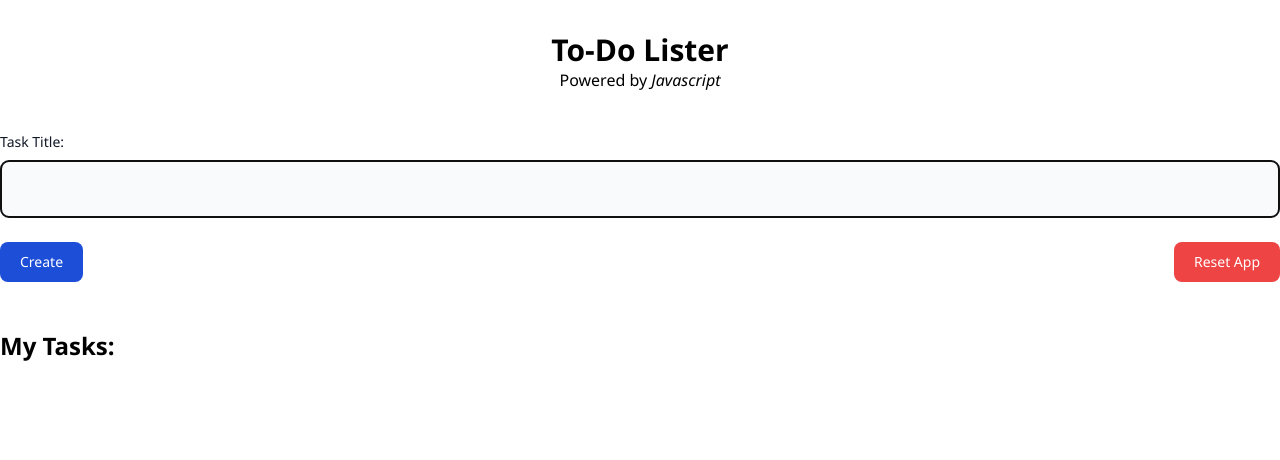
Repository: vxyux/to-do-lister
Page: index.html
The author's editor kept a copy of each file at every save. The page is drawn from the files as they stood at one save, then again after the next save.
The browser window is 1280 px wide. The pictures show the whole page.
Some web libraries are served in a nearby version.

Above is the page before, as saved 2023-09-05 15:59:42.
Console error: TypeError: Cannot read properties of null (reading 'getElementsByTagName')

### index.html
<!DOCTYPE html>
<html lang="en">
<head>
  <meta charset="UTF-8">
  <meta name="viewport" content="width=device-width, initial-scale=1.0">
  <title>Javascript To-Do Lister</title>
  <link rel="stylesheet" href="stylesheet.css">
  <script src="app.js"></script>
  <script src="https://cdn.tailwindcss.com"></script>
</head>
<body>

  <div class="container mx-auto">
    <div class="text-center mt-8">
      <h1 class="text-3xl font-bold">
        To-Do Lister
      </h1>
      <p>Powered by <i>Javascript</i></p>
    </div>

    <div class="mt-10">

      <div class="mb-6">
        <label for="userInput" class="block mb-2 text-sm font-medium text-gray-900 dark:text-white">
          Task Title:
        </label>
        <input type="text" id="userInput" autofocus class="block w-full p-4 text-gray-900 border border-gray-300 rounded-lg bg-gray-50 sm:text-md focus:ring-blue-500 focus:border-blue-500 dark:bg-gray-700 dark:border-gray-600 dark:placeholder-gray-400 dark:text-white dark:focus:ring-blue-500 dark:focus:border-blue-500">
      </div>

      <div class="grid grid-cols-2 gap-4">
        <span onclick="newTask()">
          <button type="submit" class="text-white bg-blue-700 hover:bg-blue-800 focus:ring-4 focus:ring-blue-300 font-medium rounded-lg text-sm px-5 py-2.5 mr-2 mb-2 dark:bg-blue-600 dark:hover:bg-blue-700 focus:outline-none dark:focus:ring-blue-800">
            Create
          </button>
        </span>

        <span onclick="resetApp()">
          <button type="submit" class="float-right text-white bg-red-500 hover:bg-red-700 focus:ring-4 focus:ring-blue-300 font-medium rounded-lg text-sm px-5 py-2.5 mb-2 dark:bg-red-600 dark:hover:bg-red-700 focus:outline-none dark:focus:ring-blue-800">
            Reset App
          </button>
        </span>
      </div>

    </div>

    <div class="mt-10">
      <h3 class="text-2xl mb-4 font-bold">My Tasks:</h3>
      <ul id="to-dos">
      </ul>
    </div>

  </div>
</body>
</html>

### stylesheet.css
*
{
  font-family: 'Segoe UI', Tahoma, Geneva, Verdana, sans-serif;
}

.container {
  max-width: 500px;
}

.task_item {
  border-style: solid;
  border-width: 2px;
  border-color: blue;
  font-weight: bold; /* Making font bold */
  border-radius: 10px; /* Making border radius */
  width: auto; /* Making auto-sizable width */
  height: auto; /* Making auto-sizable height */
  padding: 5px 30px 10px 30px; /* Making space around letters */
  margin-bottom: 8px;

  transition: 250ms;
}

.task_item:hover {
  background-color: red;
  border-color: red;
  transition: 250ms;
}

### app.js
window.onload = function () {
  retrieveTasks();
};

// Retrieves local storage todo OR creates empty array if none exist
const todolist = JSON.parse(localStorage.getItem('todos')) || [];
let nextTaskId = countTasks();

// sees how many tasks are added in the 'ul' tag, then adds 1 accordingly.
function countTasks() {
  var element = document.getElementById('to-dos');
  var numberOfChildren = element.getElementsByTagName('*').length;

  return numberOfChildren + 1;
}

function newTask() {
  // get the data provided by the user from the input field
  var userInput = document.getElementById('userInput').value;

  if (IsEmpty(userInput)) {
    // not empty

    todolist.push({ id: nextTaskId, task: userInput });
    console.log(JSON.stringify(todolist, null, 2));

    output(userInput);
  } else {
    // indeed empty
    alert('You must type something in before submitting!');
  }
}

function output(input) {
  // define tag that creates a new element under the tag 'li'
  var tag = document.createElement('li');
  // adding class 'task_item', id as the next number, and onclick on the corresponding function to that tag.
  tag.classList.add('task_item');
  tag.setAttribute('id', nextTaskId);
  tag.setAttribute('onclick', 'completeTask(this.id)');

  // assign the userInput var with content
  var content = document.createTextNode(input);
  tag.appendChild(content); // make tag the content's parent

  // define the element tag with the to-dos list ul
  var element = document.getElementById('to-dos');

  // make element the tag's parent
  element.appendChild(tag);
}

function completeTask(task_id) {
  //remove it from front-end
  var completedTask = document.getElementById(task_id);
  completedTask.remove();

  let taskName = 'task-' + task_id;
  localStorage.removeItem(taskName);
}

function retrieveTasks() {
  for (let i = 0; i < localStorage.length + 1; i++) {
    const tasks = [];
    tasks.push(localStorage.getItem('task-' + i));

    //console.log(tasks);
  }
}

function resetApp() {
  localStorage.clear();
  location.reload();
}

function IsEmpty(input) {
  if (input.value === '') {
    return false;
  }
  return true;
}

After the next save:
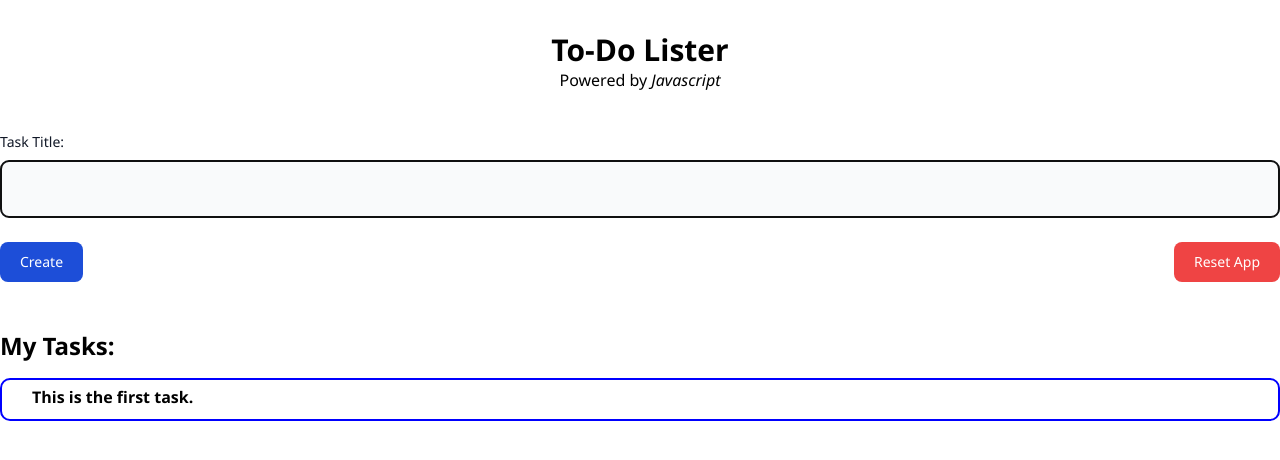
Saved 11 s later.
--- a/index.html
+++ b/index.html
@@ -46,6 +46,9 @@
     <div class="mt-10">
       <h3 class="text-2xl mb-4 font-bold">My Tasks:</h3>
       <ul id="to-dos">
+        <li class="task_item" id="1" onclick="completeTask(this.id)">
+          This is the first task.
+        </li>
       </ul>
     </div>
 
